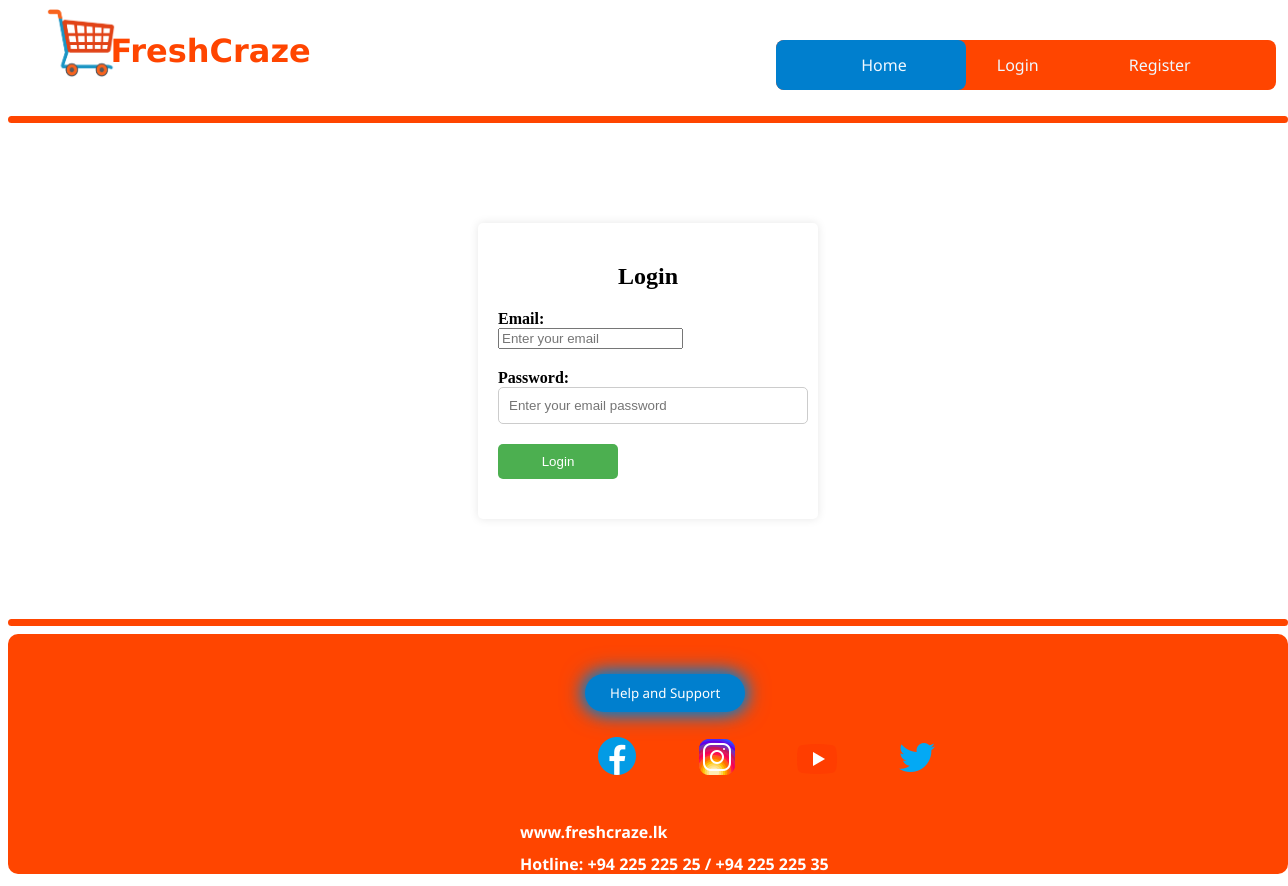
Repository: chamarac2002/FreshCraze
Page: http://localhost/CustomerDemo/login.jsp
The author's editor kept a copy of each file at every save. The page is drawn from the files as they stood at one save, then again after the next save.
The browser window is 1280 px wide. The page is 1288 px wide, so the pictures cover 1288 px, including what lies to the right of the window. The pictures show the whole page.
The page is served by Tomcat 9. Nobody is signed in. The application's start-up code is not run. Other server files are loaded and not shown.

Above is the page before, as saved 2024-05-11 03:50:04.

### CustomerDemo/src/main/webapp/login.jsp
<%@ page language="java" contentType="text/html; charset=ISO-8859-1"
    pageEncoding="ISO-8859-1"%>
<!DOCTYPE html>

<html lang="en">
<head>
    <meta charset="UTF-8">
    <meta name="viewport" content="width=device-width, initial-scale=1.0">
    <title>Home Page</title>

    <link rel="stylesheet" href="Styles/loginStyle.css">
</head>

<body>

<img src="images\logo.png" class="logo" >

    <h1 class="logo_topic">FreshCraze</h1>

    <nav class="navbar">
        <a href="home page.html">Home</a>
        <a href="Login page.html">Login</a>
        <a href="customer registration.html">Register</a>
        <span></span>
    </nav>

<hr class="topic_line">

<div class="container">
    <h2>Login</h2>
    <form action="login" method="post">
      <div class="form-group">
        <label for="email">Email:</label>
        <input type="email" id="email" name="email" placeholder="Enter your email" required>
      </div>
      <div class="form-group">
        <label for="password">Password:</label>
        <input type="password" id="password" name="password" placeholder="Enter your email password" required>
      </div>
      <div class="form-group">
        <input type="submit" name="submit" value="Login">
      </div>
    </form>
  </div>

  <hr class="footer_line">

<div class="footer">
    <a href="link" target="_blank">
    <button type="button" class="help_button">Help and Support</button>
    </a>

    <div class="fb_icon">
        <a href="https://www.facebook.com/" target="_blank"><img src="images/facebook.png"></a>
    </div>

    <div class="insta_icon">
        <a href="https://www.instagram.com/" target="_blank"><img src="images/insta.png"></a>
    </div>

    <div class="twitt_icon">
        <a href="https://www.twitter.com/" target="_blank"><img src="images/Twitter.png"></a>
    </div>

    <div class="yt_icon">
        <a href="https://www.youtube.com/" target="_blank"><img src="images/yt.png"></a>
    </div>
</div>

<div class="contacts">
    <h1 class="link">www.freshcraze.lk</h1>
    <h1>Hotline: +94 225 225 25 / +94 225 225 35</h1>
</div>

</body>
</html>

### CustomerDemo/src/main/webapp/Styles/loginStyle.css
body{
    background-color: #ffffff;
    background-repeat: no-repeat;
    background-attachment: fixed;
    background-position: center;
    width: 100%;
}

.logo{
    width: 70px;
    height: 70px;
    margin-left: 3%;
}

.logo_topic{
    font-family: verdana;
    margin-left: 8%;
    margin-top: -3.9%;
    color: orangered;
}

.navbar{
    margin-left:60%;
    margin-top:-4%;
    padding: 0;
    box-sizing: border-box;
    font-family: 'Segoe UI';
    display: flex;
    justify-content:center;
    align-items: center;
    min-height: 5vh;

    position:relative;
    background-color: orangered;
    border-radius: 8px;
    width: 500px;
    height: 50px;
    display: flex;
}

nav a{
    position: relative;
    display: inline-block;
    font-size: 1em;
    font-weight: 500;
    color: aliceblue;
    text-decoration: none;
    padding: 45px;
    z-index: 1;
}

nav span{
    position: absolute;
    top: 0;
    left: 0;
    width: 190px;
    height: 100%;
    background-color:rgb(0, 127, 206);
    border-radius: 8px;
    transition: .3s;
}

nav a:nth-child(1):hover~span{
    left: 0;
    width: 180px;
}

nav a:nth-child(2):hover~span{
    left: 180px;
    width: 130px;
}

nav a:nth-child(3):hover~span{
    left:320px;
    width: 180px;
}

.topic_line{
    border: none;
    margin-top: 2%;
    border-top: 7px solid orangered;
    border-radius: 10px;
}

.help_button{
    box-shadow:0 0 15px rgb(0, 127, 206),0 0 25px rgb(0, 127, 206);
    border: none;
    width: 160px;
    margin-left: 44%;
    font-family: 'Segoe UI';
    padding: 10px 12px;
    color: #ffffff;
    background-color:rgb(0, 127, 206);
    border-radius: 20px;
}

.help_button:hover{
    box-shadow: 0 0 25px rgb(0, 127, 206);
}

.fb_icon{
    margin-left: 560px;
    margin-top: 20px;
}

.insta_icon{
    margin-left: 660px;
    margin-top: -51px;
}

.yt_icon{
    margin-left: 760px;
    margin-top: -51px;
}

.twitt_icon{
    margin-left: 860px;
    margin-top: -51px;
}

.footer{
    height: 200px;
    background-color: orangered;
    padding-top: 40px;
    padding-left: 25px;
    border-radius: 10px;
}

.footer_line{
    border: none;
    margin-top: 3%;
    border-top: 7px solid orangered;
    border-radius: 10px;
}

.contacts{
    font-size: 8px;
    color:rgb(255, 255, 255);
    font-family: 'Segoe UI';
    margin-left: 40%;
    margin-top: -5%;
}

.container {
  width: 300px;
  margin: 100px auto;
  padding: 20px;
  background-color: #fff;
  border-radius: 5px;
  box-shadow: 0 0 10px rgba(0, 0, 0, 0.1);
}

h2 {
  text-align: center;
  margin-bottom: 20px;
}

/* Form Styles */
.form-group {
  margin-bottom: 20px;
}

label {
  display: block;
  font-weight: bold;
}

input[type="text"],
input[type="password"] {
  width: calc(100% - 12px);
  padding: 10px;
  border: 1px solid #ccc;
  border-radius: 5px;
}

input[type="submit"] {
  width: 40%;
  padding: 10px;
  background-color: #4caf50;
  color: #fff;
  border: none;
  border-radius: 5px;
  cursor: pointer;
}

input[type="submit"]:hover {
  background-color: #45a049;
}

After the next save:
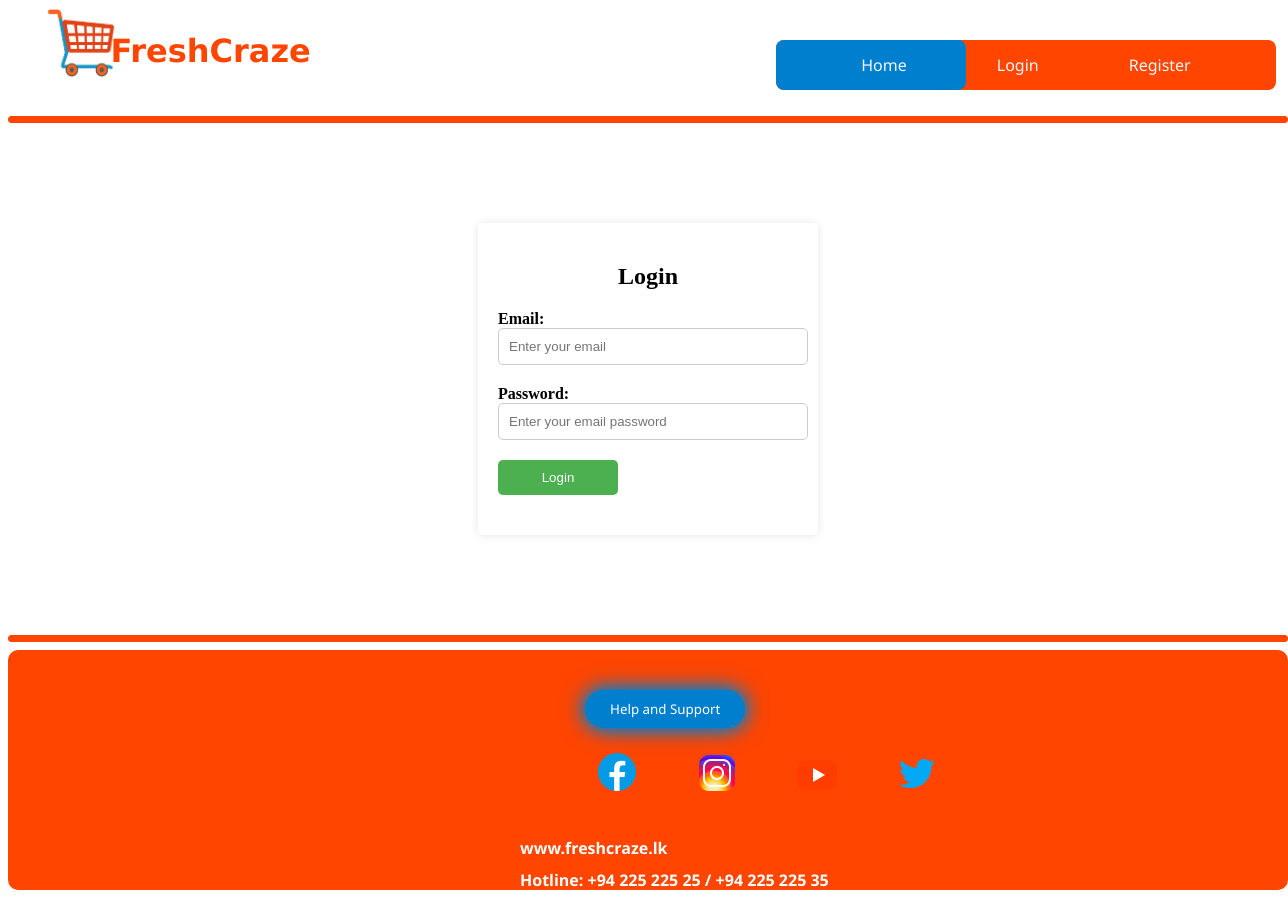
Saved 35 s later.
--- a/CustomerDemo/src/main/webapp/Styles/loginStyle.css
+++ b/CustomerDemo/src/main/webapp/Styles/loginStyle.css
@@ -165,7 +165,7 @@
   font-weight: bold;
 }
 
-input[type="text"],
+input[type="email"],
 input[type="password"] {
   width: calc(100% - 12px);
   padding: 10px;

After the save that followed:
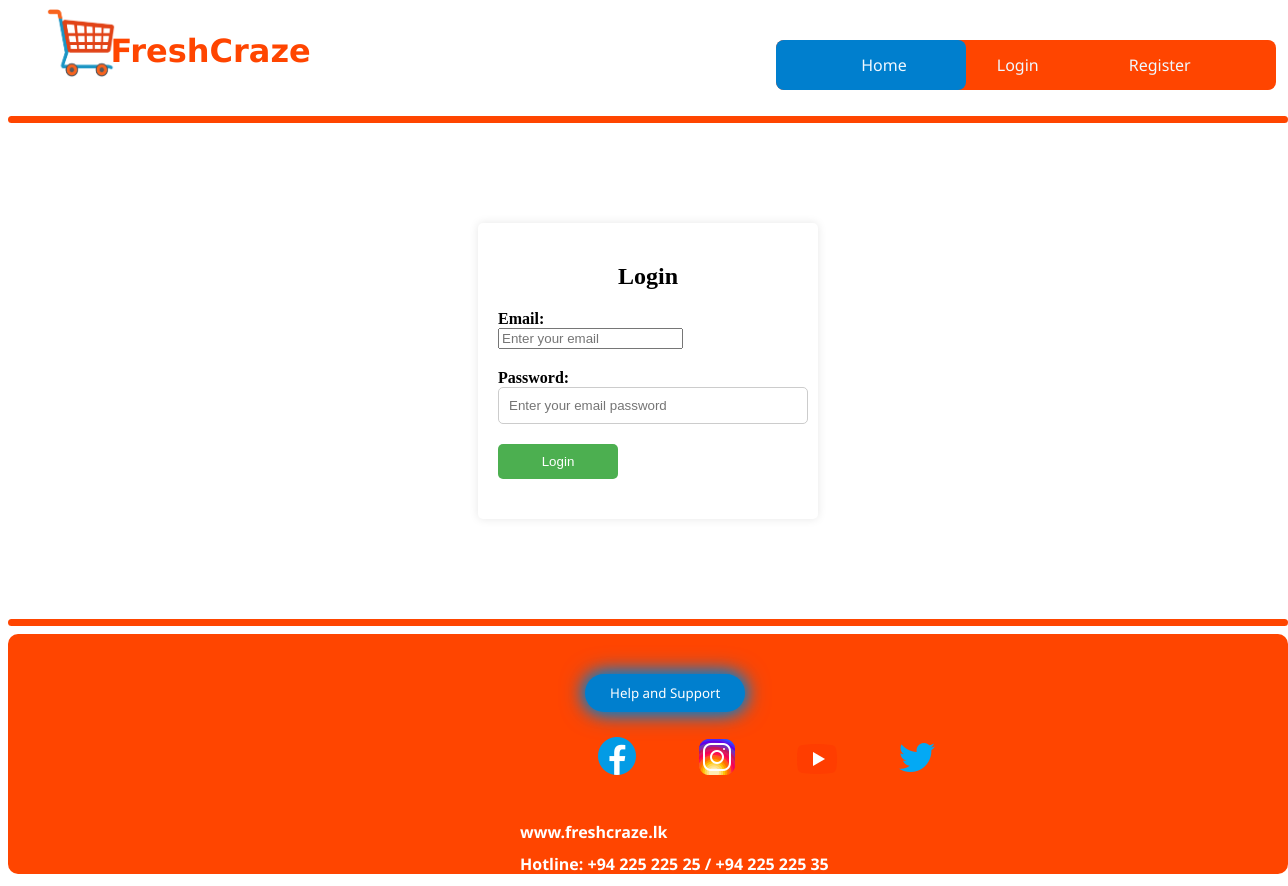
Saved 30 s later.
--- a/CustomerDemo/src/main/webapp/Styles/loginStyle.css
+++ b/CustomerDemo/src/main/webapp/Styles/loginStyle.css
@@ -165,7 +165,7 @@
   font-weight: bold;
 }
 
-input[type="email"],
+input[type="text"],
 input[type="password"] {
   width: calc(100% - 12px);
   padding: 10px;
